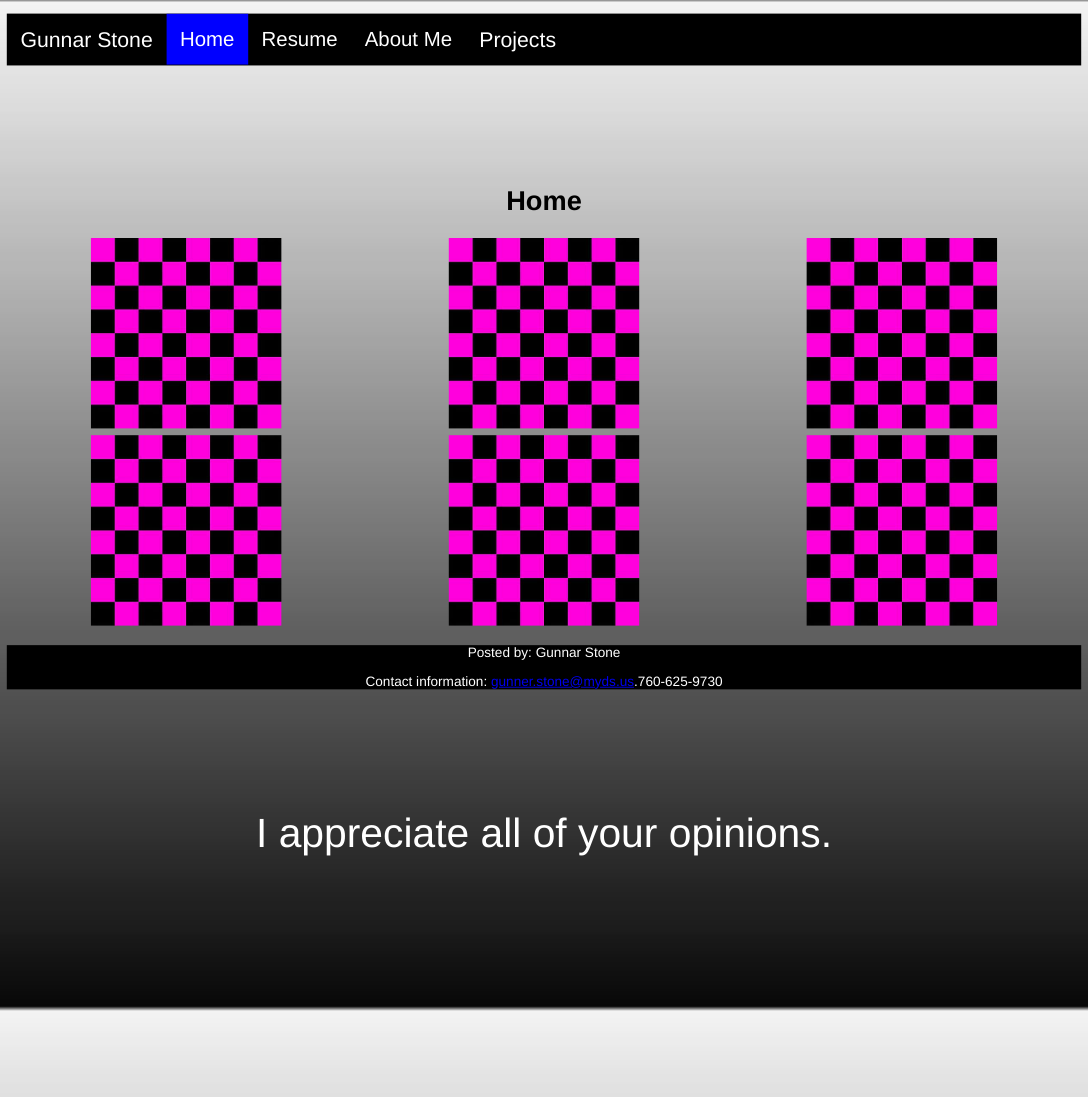
Repository: GunnarStone/GunnarStone.github.io
Page: index.html
The author's editor kept a record of every edit. The page is drawn from the files as they stood at one moment, then again after the next edit.
The browser window is 1280 px wide. The pictures show the whole page, at 85% of full size.
Backgrounds fixed to the window are drawn as part of the page.

Above is the page before.
Console error: ReferenceError: bgcolorlist is not defined

After the next edit:
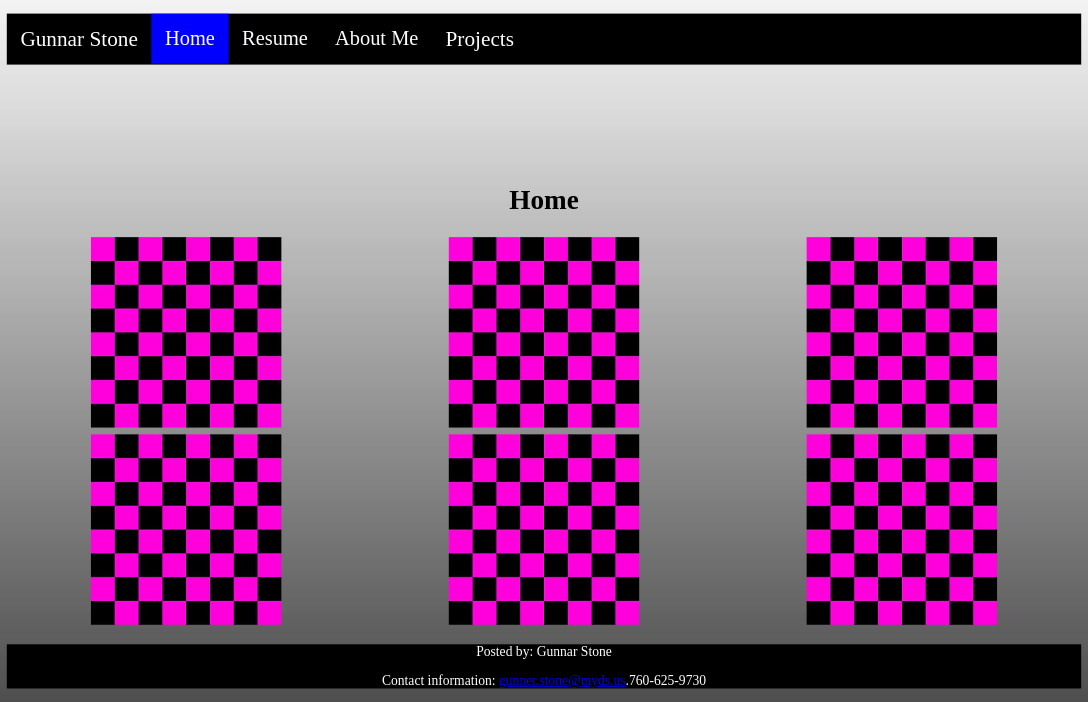
The error is gone.
The edit:
--- a/index.html
+++ b/index.html
@@ -46,29 +46,5 @@
   <p>Contact information: <a href="gunner.stone@myds.us">
   gunner.stone@myds.us</a>.760-625-9730</p>
 </footer>
-<SCRIPT LANGUAGE="JAVASCRIPT">
-<!--
 
-var r_text = new Array ();
-r_text[0] = "I was just thinking about you!";
-r_text[1] = "You are a great example for others.";
-r_text[2] = "You have great ideas.";
-r_text[3] = "When I grow up I want to be you!";
-r_text[4] = "I appreciate all of your opinions.";
-
-var i = Math.floor(r_text.length * Math.random());
-
-document.write("<br /><br /><br /><br /><br /><br /><br /><center><FONT SIZE=72><FONT COLOR='#FFFFFF'>" +
-r_text[i]  + "</FONT></center><br />");
-
-document.body.style.background=bgcolorlist[Math.floor(Math.random()*bgcolorlist.length)];
-
-</script><br> <br>
-    <br>
-    <br>
-    <style type="text/css">
-<!--
-body,td,th {
-     color: #000;
-     font-family: Helvetica, sans-serif;
 </html>
